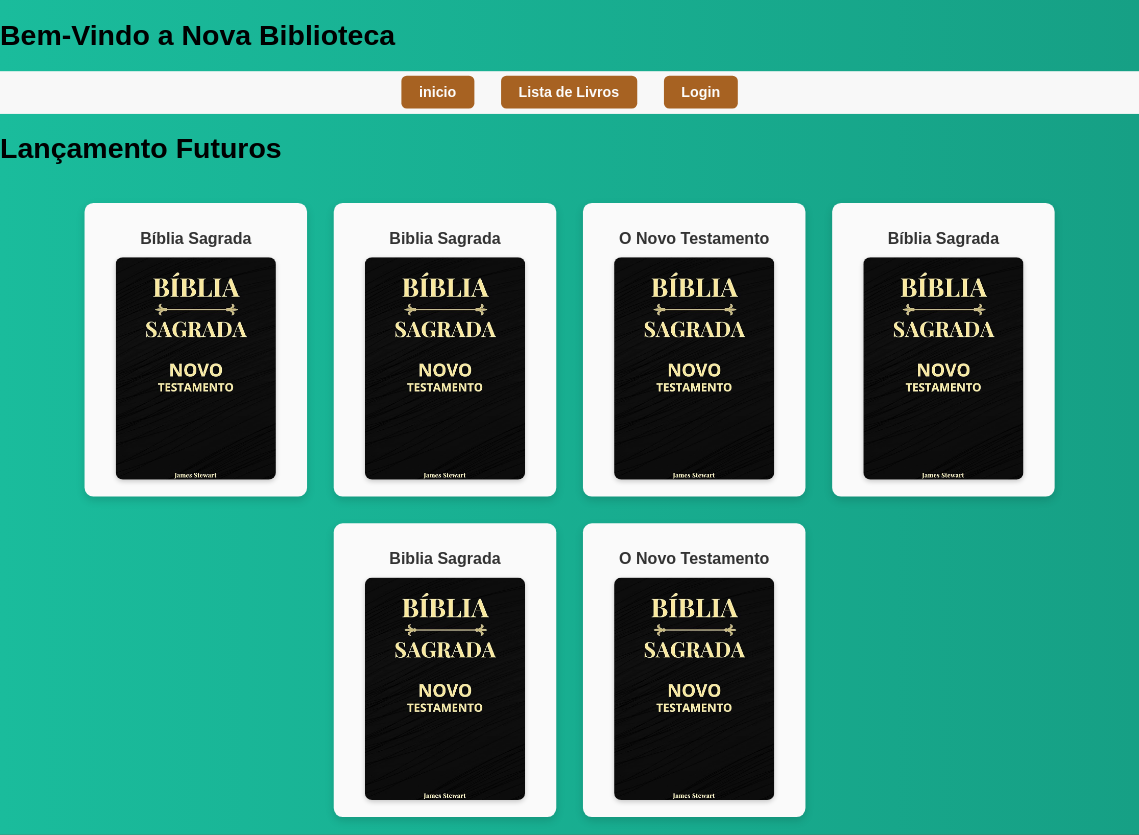
Repository: cleytonds/Biblioteca
Page: templates/Biblioteca_usuario.HTML
An editor plug-in stored every save of this project. The page is shown before and after the next save, followed by the edit.
The browser window is 1280 px wide. The pictures show the whole page, at 89% of full size.

Above is the page before, as saved 2025-11-17 11:52:18.

### templates/Biblioteca_usuario.HTML
<!DOCTYPE html>
<html lang="en">
<head>
    <meta charset="UTF-8">
    <meta name="viewport" content="width=device-width, initial-scale=1.0">
    <title>Biblioteca</title>
    <link rel="stylesheet" href="../Static/indexStyle.css">
    <link rel="stylesheet" href="/Biblioteca/app.py">




</head>
<body>
    <!--inicio da pagina-->
    <h1>Bem-Vindo a Nova Biblioteca </h1>

    <al class="menu">
        <li><a href="Biblioteca_usuario.HTML"> inicio</a></li>
        <li><a href="lista_livros.HTML">Lista de Livros</a></li>
        <li><a href="login.HTML">Login</a></li>

    </al>


   <main>
        <h1>Lançamento Futuros</h1>
        <section>
         <article>
            <h2>Bíblia Sagrada</h2>
            <img src="nono.jpg" alt="Biblia sagrada">
         </article>

         <aside>
            <h2>Biblia Sagrada</h2>
            <img src="nono.jpg" alt="Biblia Sagrada">
         </aside>

         <article>
            <h2>O Novo Testamento</h2>
            <img src="nono.jpg" alt="Novo testamento">
         </article>
         <article>
            <h2>Bíblia Sagrada</h2>
            <img src="nono.jpg" alt="Biblia sagrada">
         </article>

         <aside>
            <h2>Biblia Sagrada</h2>
            <img src="nono.jpg" alt="Biblia Sagrada">
         </aside>

         <article>
            <h2>O Novo Testamento</h2>
            <img src="nono.jpg" alt="Novo testamento">
         </article>
        </section>
   </main>


</body>
</html>

### Static/indexStyle.css
/*cor do nome principal da pagina*/
@keyframes brilho{
    0%{ text-shadow: 0 0 10px #1abc9c;}
    50%{ text-shadow: 0 0 20px #16a085;}
    100%{ text-shadow: 0 0 10px #1abc9c;}
}

@import url('https://fonts.googleapis.com/css2?family=Poppins:wght@600&family=Montserrat:wght@500&display=swap');



/*estilo do fundo da pag*/
body{
    background: linear-gradient(to right, #1abc9c, #16a085);/*cor fundo da pagina*/

}
/*cores do menu da pagina*/

button{
    display: flex;
    height: 100%;
    background-color: #eff1ef;
    color: #0303ff;
    text-align: center;
    margin-block-end: 12px;

}
body {
    margin: 0;
    font-family: Arial, sans-serif;
    background-color: #fdfdfd;

}

/*opções de menu*/
.menu{
    list-style: none; /*tira os marcadores*/
    padding: 0;
    margin: 0;
    display: flex;          /* coloca os itens lado a lado */
    justify-content: center; /* centraliza no meio da tela */
    gap: 30px;                  /* espaço entre os botões */
    background-color:  rgb(248, 248, 248);  /* cor da barra de menu */
    padding: 15px 0;

}
/*estilo dos linrs (botões)*/
.menu li a {
    text-decoration: none;
    color: rgb(252, 252, 252);
    font-weight: bold;
    padding: 10px 20px;
    border-radius: 6px;
    background-color: #a76222;
    transition: backgronud 0.3s, transform 0.2s;

}
/*Efeito houver (ao passar o mouse)*/
.menu li a:hover{
    background-color: #1abc9c;
    transform: scale(1.05);
}
body {
    background-color: #eeeeee;
    font-family: Arial, Helvetica, sans-serif;

}
/* Estilo geral */
body {
    background-color: #973838;
    font-family: Arial, sans-serif;
    margin: 0;
    padding: 0;
}

/* A section é o container das imagens */
section {
    display: flex;                /* Coloca lado a lado */
    justify-content: center;      /* Centraliza horizontalmente */
    align-items: flex-start;      /* Alinha pelo topo */
    gap: 30px;                    /* Espaço entre os elementos */
    flex-wrap: wrap;              /* Quebra linha se a tela for pequena */
    padding: 20px;
}

/* Cada article e aside se comportam como caixinhas */
article, aside {
    background-color: rgb(250, 250, 250);
    border-radius: 10px;
    box-shadow: 0 4px 10px rgba(0,0,0,0.15);
    text-align: center;
    padding: 15px;
    width: 220px;                 /* Largura fixa de cada bloco */
    transition: transform 0.3s ease;
}

/* Efeito de destaque ao passar o mouse */
article:hover, aside:hover {
    transform: scale(1.05);
}

/* Título de cada livro */
h2 {
    font-size: 18px;
    color: #333;
    margin-bottom: 10px;
}

/* Estilo da imagem */
img {
    width: 180px;                 /* Diminui o tamanho da imagem */
    height: 250px;                /* Altura proporcional */
    object-fit: cover;            /* Corta imagem mantendo o formato */
    border-radius: 8px;
    box-shadow: 0 2px 6px rgba(0,0,0,0.2);
}
@media (max-width: 768px) {
    section {
        flex-direction: column;
        align-items: center;
    }

    article, aside {
        width: 80%;
    }

    img {
        width: 100%;
        height: auto;
    }
}

After the next save:
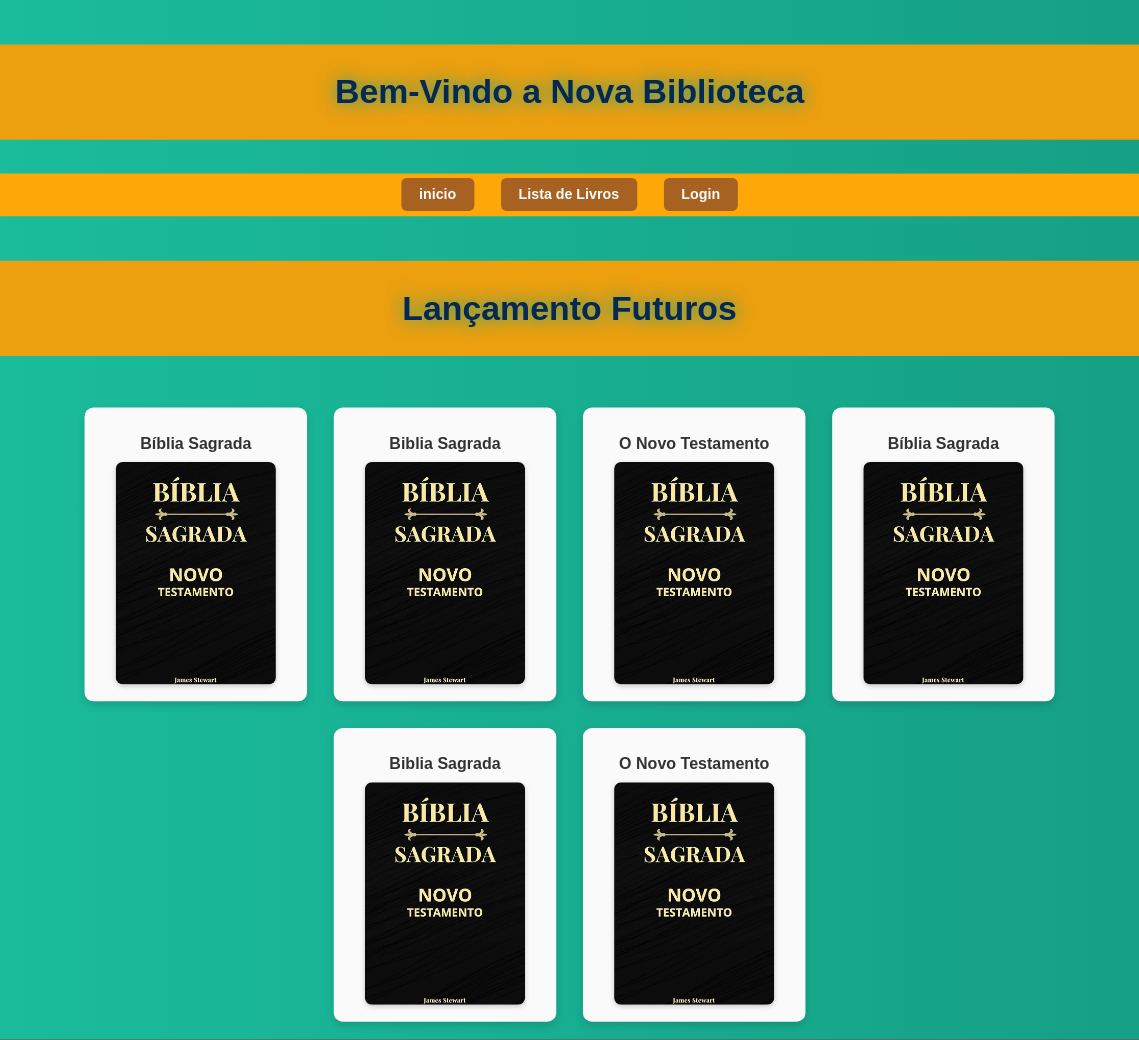
Saved 59 s later.
--- a/Static/indexStyle.css
+++ b/Static/indexStyle.css
@@ -8,6 +8,31 @@
 @import url('https://fonts.googleapis.com/css2?family=Poppins:wght@600&family=Montserrat:wght@500&display=swap');
 
 
+/*margem da pagina*/
+h1{
+    margin-bottom: 38px;
+
+}
+.titulo{
+    font-family: 'montserrat',sans-serif;
+}
+
+/*cores do menu da pagina*/
+h1{
+    padding: 2rem;
+    background-color: rgb(236, 159, 15);
+    text-align: center;
+}
+/*estiolo dos titulos*/
+h1{
+    font-family:'Poppins',sans-serif;
+    font-size: 38px;
+    color: #052952;
+    text-align: center;
+    margin-top: 50px;
+    animation: brilho 2s infinite alternate;
+
+}
 
 /*estilo do fundo da pag*/
 body{
@@ -40,7 +65,7 @@ body {
     display: flex;          /* coloca os itens lado a lado */
     justify-content: center; /* centraliza no meio da tela */
     gap: 30px;                  /* espaço entre os botões */
-    background-color:  rgb(248, 248, 248);  /* cor da barra de menu */
+    background-color:  rgb(253, 167, 8);  /* cor da barra de menu */
     padding: 15px 0;
 
 }
